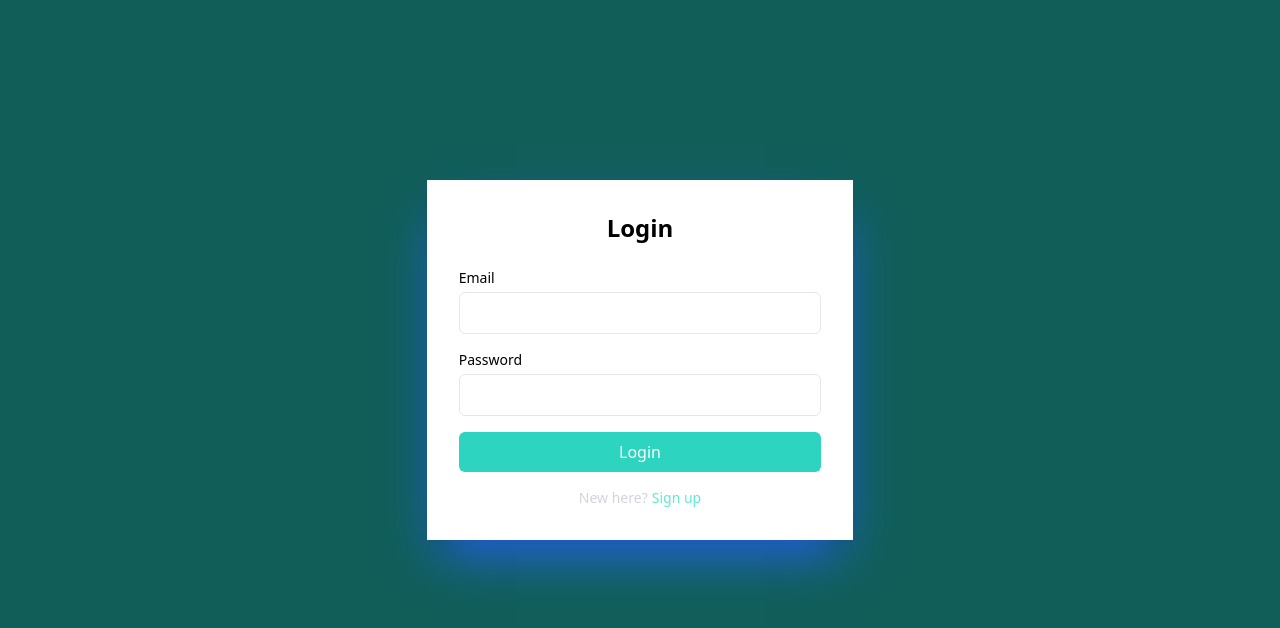
Repository: alizey12/POS-React-website
Page: /
These files come from the project's save history. The page is drawn as it stood at one moment and after a run of saves; the edit follows.
The browser window is 1280 px wide. The pictures show the whole page.
The project was rebuilt for these pictures with package versions that can differ from the ones it lists, and the page was loaded fresh each time. Also part of the build but not shown: vite.config.js, src/navbar.jsx, src/sidebar.jsx, src/Dashboard.jsx.

Above is the page before, as saved 2024-12-30 22:55:46.

### src/App.jsx
import { BrowserRouter as Router, Routes, Route } from 'react-router-dom';
import LoginPage from "./login"
import Dashboard from './Dashboard';

function App() {
  return (
    <Router>
      <Routes>
        <Route path="/" element={<LoginPage />} />
        <Route path="/dashboard" element={<Dashboard />} />
      </Routes>
    </Router>
  );
}

export default App;

### src/login.jsx
import { useState } from 'react';
import toast, { Toaster } from 'react-hot-toast';
import { useNavigate } from 'react-router-dom';

const SignupLogin = () => {
  const [isLogin, setIsLogin] = useState(true);
  const [formData, setFormData] = useState({
    email: '',
    password: '',
    confirmPassword: '',
  });
  const [errors, setErrors] = useState({});
  const [storedUser, setStoredUser] = useState(null);
  const navigate = useNavigate();

  const toggleForm = () => setIsLogin(!isLogin);

  const handleChange = (e) => {
    const { name, value } = e.target;
    setFormData({ ...formData, [name]: value });
    setErrors({ ...errors, [name]: '' }); // Clear error on change
  };

  const validateForm = () => {
    const newErrors = {};
    if (!formData.email) newErrors.email = 'Please enter email';
    if (!formData.password) newErrors.password = 'Please enter password';
    if (!isLogin && formData.password !== formData.confirmPassword) {
      newErrors.confirmPassword = 'Passwords do not match';
    }
    setErrors(newErrors);
    return Object.keys(newErrors).length === 0;
  };

  const handleSubmit = (e) => {
    e.preventDefault();
    if (!validateForm()) return;

    const { email, password } = formData;

    if (isLogin) {
      if (storedUser && email === storedUser.email && password === storedUser.password) {
        toast.success('Login successful!');
        setTimeout(() => navigate('/dashboard'), 1500);
      } else {
        toast.error('Your email or password is incorrect. Please try again.');
      }
    } else {
      setStoredUser({ email, password });
      toast.success('Signup successful!');
      setTimeout(() => setIsLogin(true), 1500);
    }
  };

  return (
    <div className="flex items-center justify-center min-h-screen  bg-teal-800 to-yellow-500">
      <div className=" bg-white w-1/3 shadow-lg rounded-lg">

        <div className="w-full bg-white shadow-blue-600 shadow-2xl p-8 justify-center">
          <h2 className="text-2xl font-bold text-center ">
            {isLogin ? 'Login' : 'Sign Up'}
          </h2>
          <form onSubmit={handleSubmit} className="mt-6 space-y-4">
            <div>
              <label className="block text-sm font-medium ">Email</label>
              <input
                type="email"
                name="email"
                value={formData.email}
                onChange={handleChange}
                className="mt-1 block w-full p-2 border rounded-md focus:outline-none focus:ring-blue-500 focus:border-blue-500"
              />
              {errors.email && <p className="text-red-500 text-sm mt-1">{errors.email}</p>}
            </div>
            <div>
              <label className="block text-sm font-medium ">Password</label>
              <input
                type="password"
                name="password"
                value={formData.password}
                onChange={handleChange}
                className="mt-1 block w-full p-2 border rounded-md focus:outline-none focus:ring-blue-500 focus:border-blue-500"
              />
              {errors.password && <p className="text-red-500 text-sm mt-1">{errors.password}</p>}
            </div>
            {!isLogin && (
              <div>
                <label className="block text-sm font-medium ">Confirm Password</label>
                <input
                  type="password"
                  name="confirmPassword"
                  value={formData.confirmPassword}
                  onChange={handleChange}
                  className="mt-1 block w-full p-2 border rounded-md focus:outline-none focus:ring-blue-500 focus:border-blue-500"
                />
                {errors.confirmPassword && <p className="text-red-500 text-sm mt-1">{errors.confirmPassword}</p>}
              </div>
            )}
            <button
              type="submit"
              className="w-full bg-teal-400 text-white p-2 rounded-md hover:bg-teal-200 focus:outline-none focus:ring-2 focus:ring-blue-500 focus:ring-offset-2"
            >
              {isLogin ? 'Login' : 'Sign Up'}
            </button>
          </form>
          <p className="text-center text-sm text-gray-300 mt-4">
            {isLogin ? 'New here?' : 'Already have an account?'}
            <button
              type="button"
              onClick={toggleForm}
              className="ml-1 text-teal-300 hover:underline"
            >
              {isLogin ? 'Sign up' : 'Login'}
            </button>
          </p>
        </div>
      </div>
      <Toaster />
    </div>
  );
};

export default SignupLogin;

Loaded but not shown: index.html (common file); src/main.jsx (common file); src/index.css (common file); tailwind.config.js (common file)

After the next 2 saves:
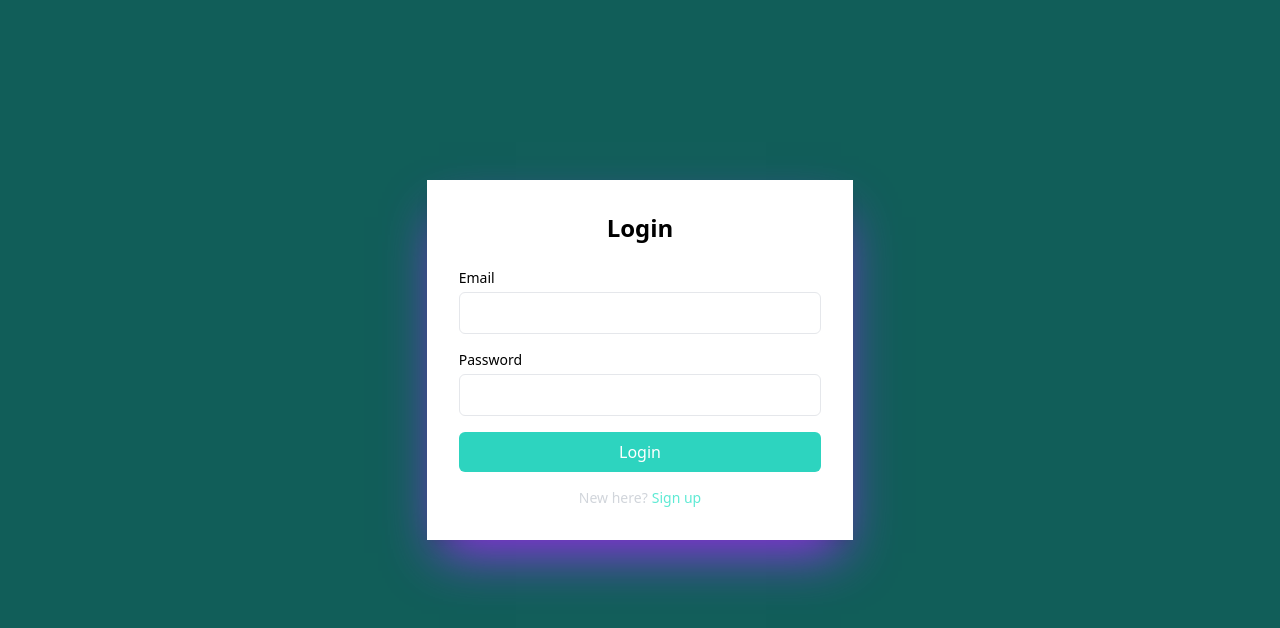
The 2 saves are shown as one change because they came seconds apart.
The last was saved 9 s later.
--- a/src/login.jsx
+++ b/src/login.jsx
@@ -56,7 +56,7 @@ const SignupLogin = () => {
     <div className="flex items-center justify-center min-h-screen  bg-teal-800 to-yellow-500">
       <div className=" bg-white w-1/3 shadow-lg rounded-lg">
 
-        <div className="w-full bg-white shadow-blue-600 shadow-2xl p-8 justify-center">
+        <div className="w-full bg-white shadow-purple-600 shadow-2xl p-8 justify-center">
           <h2 className="text-2xl font-bold text-center ">
             {isLogin ? 'Login' : 'Sign Up'}
           </h2>
